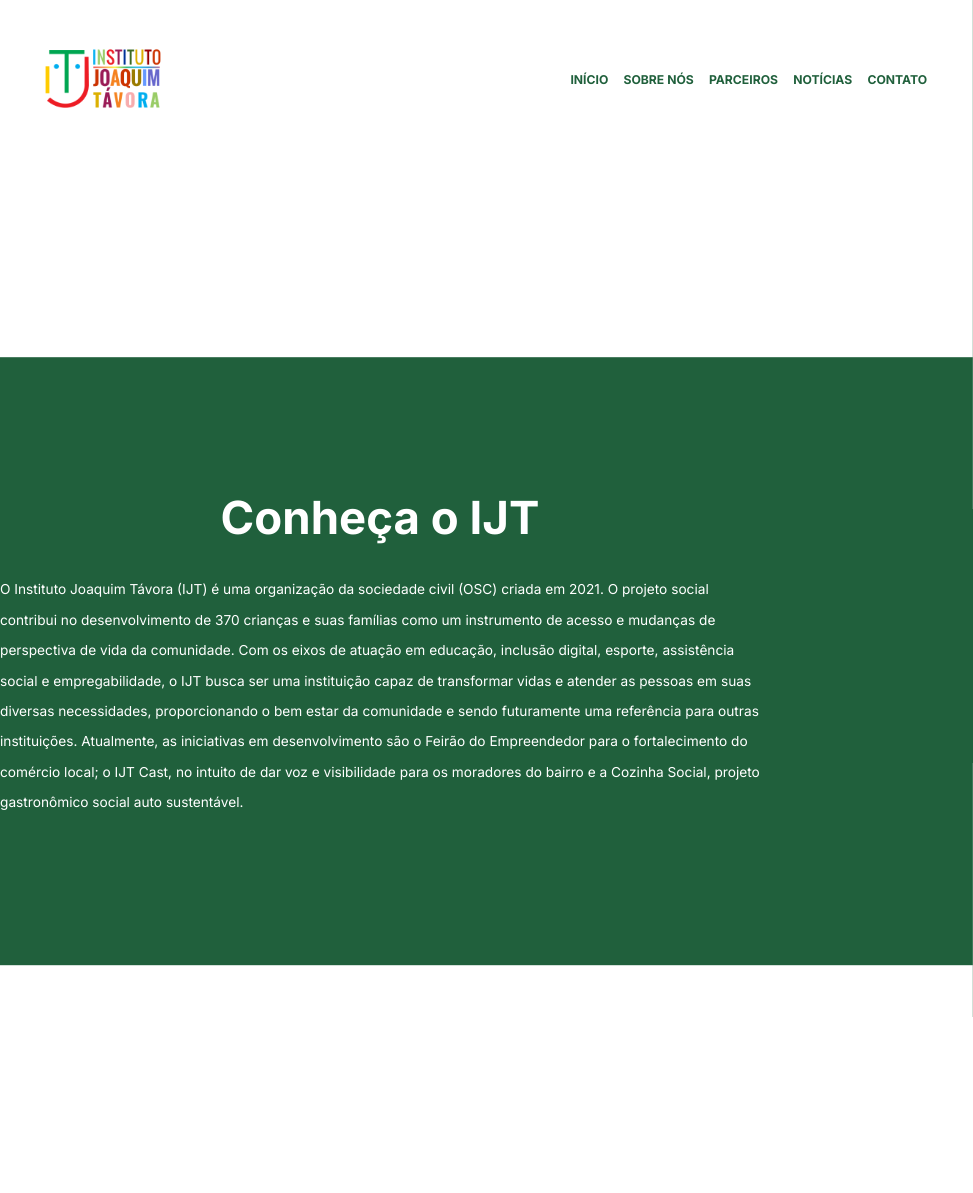
Repository: MarcelloMello90/itj2
Page: index.html
These files come from the project's save history. The page is drawn as it stood at one moment and after the next save; the edit follows.
The browser window is 1280 px wide. The pictures show the whole page, at 76% of full size.

Above is the page before, as saved 2024-07-24 10:26:07.

After the next save:
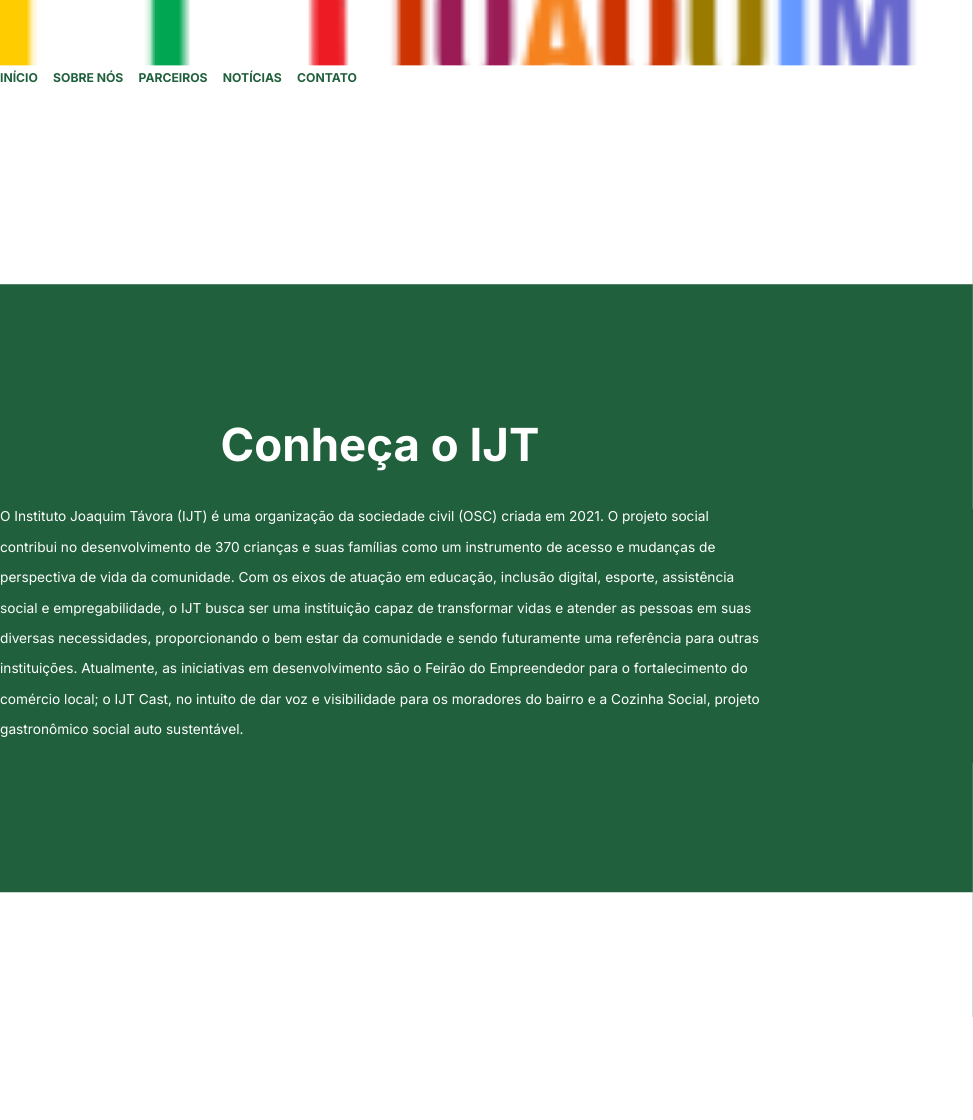
Saved 7 s later.
--- a/style.css
+++ b/style.css
@@ -63,13 +63,7 @@
 
 header{
   /* width: 100%; */
-  grid-area: header;
-
-  display: flex;
-  align-items: center;
-  justify-content: space-between;
-
-  padding: 60px;
+
 }
 
 header img{
